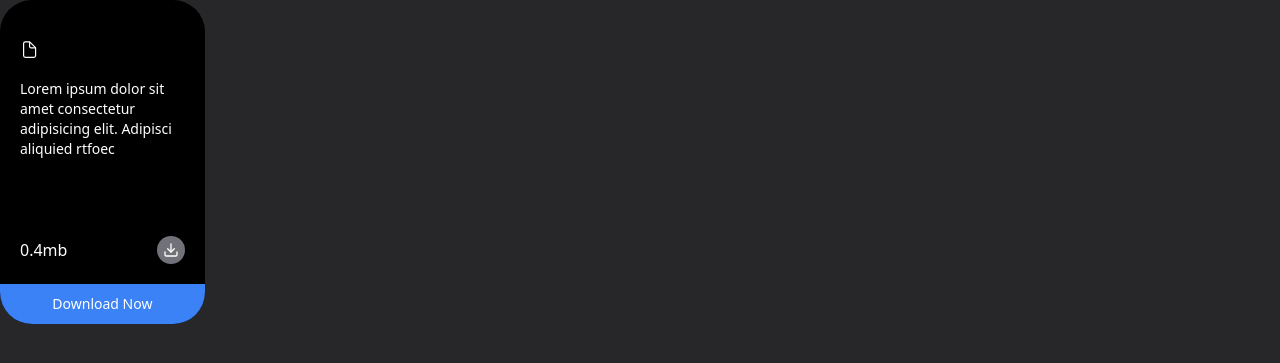
Repository: SharonSebastian32/dragable_cards
Page: /
These files come from the project's save history. The page is drawn as it stood at one moment and after the next save; the edit follows.
The browser window is 1280 px wide. The pictures show the whole page.
The project was rebuilt for these pictures with package versions that can differ from the ones it lists, and the page was loaded fresh each time. Also part of the build but not shown: vite.config.js.

Above is the page before, as saved 2024-08-21 10:33:49.

After the next save:
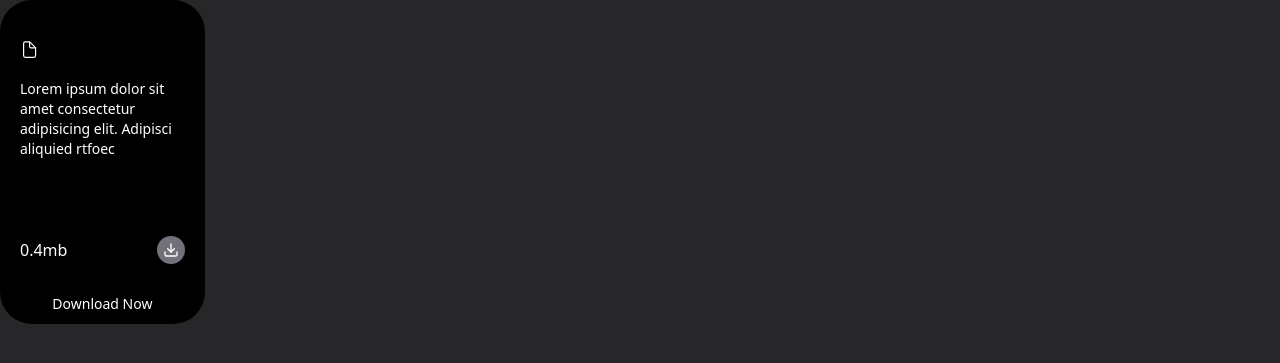
Saved 55 s later.
--- a/src/Components/Card.jsx
+++ b/src/Components/Card.jsx
@@ -16,7 +16,7 @@ const Card = () => {
             <LuDownload />{" "}
           </span>
         </div>{" "}
-        <div className="w-full h-10 bg-blue-500 flex items-center justify-center cursor-pointer ">
+        <div className="w-full h-10 bg- flex items-center justify-center cursor-pointer ">
           <h2 className=" text-sm font-medium"> Download Now </h2>
         </div>
       </div>
